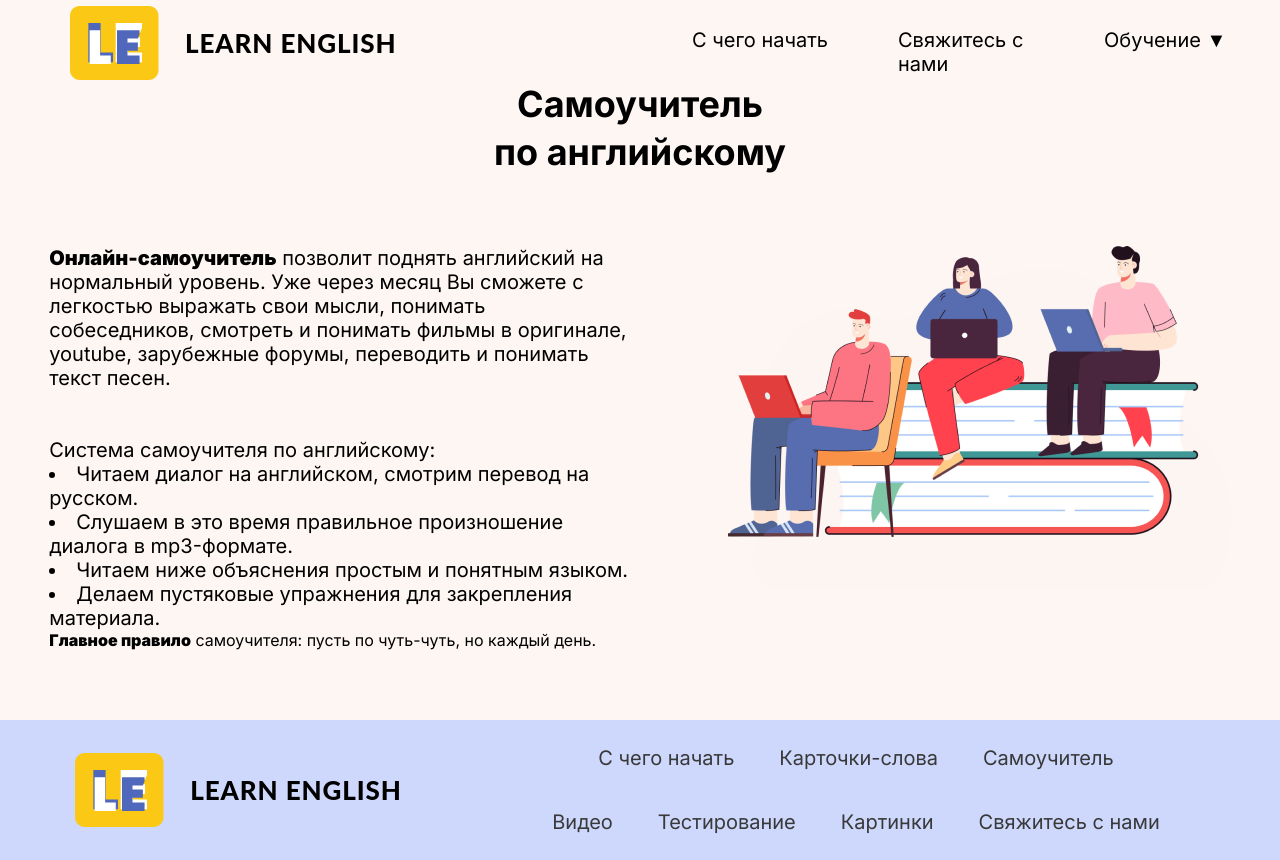
Repository: WladimirVA/Diplom
Page: scool/lesson.html
An editor plug-in stored every save of this project. The page is shown before and after the next save, followed by the edit.
The browser window is 1280 px wide. The pictures show the whole page.

Above is the page before, as saved 2023-07-19 16:18:58.

### scool/lesson.html
<!DOCTYPE html>
<html lang="en">
<head>
    <meta charset="UTF-8">
    <meta name="viewport" content="width=device-width, initial-scale=1.0">
    <link href="./css/index.css" rel="stylesheet" type="text/css">
    <link href="./css/fonts.css" rel="stylesheet" type="text/css">
    <link rel="stylesheet" href="./css/lesson.css" type="text/css">
    <link rel="icon" sizes="16x16" href="./img/Vector.svg" type="image/x-icon">
    <title>Learn english</title>
</head>
<body>
    <header class="header" di="HOME">
        <div class="section">
            <div class="section-header">
                <div class="logo">
                    <img src="./img/Vector.svg">
                    <p>Learn english</p>
                </div>
                <div>

                    <ul class="ddropdownn">
                        <li class="ddropdownn-top">
                        <a class="ddropdownn-top" href="#">С чего начать</a>
                        </li>
                        <li class="ddropdownn-top">
                            <a class="ddropdownn-top" href="mailto:dyadichenko_va@mail.ru">Свяжитесь с нами</a>
                        </li>
                        <li class="ddropdownn-top">
                        <a class="ddropdownn-top" href="#">Обучение &#9660;</a>
                            <ul class="ddropdownn-inside">
                                <li><a href="/">Карточки-слова</a></li>
                                <li><a href="/">Самоучитель</a></li>
                                <li><a href="/">Видео</a></li>
                                <li><a href="/">Тестирование</a></li>
                                <li><a href="/">Картинки</a></li>
                            </ul>
                        </li>

                    </ul>
                </div>
            </div>
        </div>
    </header>
    <main>
        <section class="TUTORIAL">
            <div class="section">
                <h1 class="tutorial-h1">Самоучитель <br>по английскому</h1>
                <div class="content-tutorial">
                    <div class="tutorial-inf">
                        <p><span  style="font-weight:900"> Онлайн-самоучитель</span> позволит поднять английский на нормальный уровень. Уже через месяц Вы сможете с легкостью выражать свои мысли, понимать собеседников, смотреть и понимать фильмы в оригинале, youtube, зарубежные форумы, переводить и понимать текст песен. <br><br><br>
                            Система самоучителя по английскому:
                            <li>Читаем диалог на английском, смотрим перевод на русском.</li>
                            <li>Слушаем в это время правильное произношение диалога в mp3-формате.</li>
                            <li>Читаем ниже объяснения простым и понятным языком.</li>
                            <li>Делаем пустяковые упражнения для закрепления материала.</li>
                            <span  style="font-weight:900"> Главное правило</span> самоучителя: пусть по чуть-чуть, но каждый день.
                        </p>
                    </div>
                    <div class="tutorial-img">
                        <img src="./img/Group 78 1 (1).png" alt="foto">
                    </div>
                </div>
            </div>
        </section>
    </main>
    <footer class="FOOTER">
        <div class="section">
            <div class="section-footer">
                <div class="logo">
                    <img src="./img/Vector.svg">
                    <p>Learn english</p>
                </div>
                <div class="ddropdownn-footer">
                    <div class="ddropdownn-menu">
                        <ul class="ddropdownn1">
                            <li><a href="#">С чего начать</a></li>
                            <!-- <li><a href="#">Обучение</a></li> -->
                            <li><a href="#">Карточки-слова</a></li>
                            <li><a href="#">Самоучитель</a></li>
                        </ul>
                    </div>
                    <div class="ddropdownn-menu">
                        <ul class="ddropdownn2">
                            <li><a href="#">Видео</a></li>
                            <li><a href="#">Тестирование</a></li>
                            <li><a href="#">Картинки</a></li>
                            <li><a class="link" href="mailto:dyadichenko_va@mail.ru">Свяжитесь с нами</a></li>
                        </ul>
                    </div>
                </div>
            </div>
        </div>
    </footer>
</body>
</html>

### scool/css/index.css
body {
    scroll-behavior: smooth;
    align-items: center;
    width: 100%;
    max-width: 1366px;
    margin: auto;
    font-family: 'Inter', 'Work Sans', "NunitoSans-Light", Arial, Helvetica, sans-serif;
}
* {
    margin: 0;
    padding: 0;
}

.logo {
    display: flex;
    align-items: center;
}

.logo p {
    font-family: Lato;
    font-size: 26px;
    font-weight: 800;
    line-height: 48px;
    letter-spacing: 0.035em;
    text-align: left;
    text-transform: uppercase;
    padding-left: 1em;
}

/* Стили выпадающего списка */
ul.ddropdownn li {/* Считаем координаты относительно исходного места. */
    position: relative; }
ul.ddropdownn, ul.ddropdownn-inside {
    /* Отступы на нуле. */
    padding: 0;
    /* Маркеры уберем. */
    list-style-type: none;
    }
ul.ddropdownn-inside {
    /* Спрячем дочерние элементы выпадающего списка. */
    left: -9999px;
    position: absolute;
    }
ul.ddropdownn li.ddropdownn-top {
    /* Небольшой отступ. */
    margin: 20px 1px 0 0;
    /* Выравнивание по левой стороне. */
    float: left;
    display: inline;
    }
ul.ddropdownn li.ddropdownn-top a {
    /* Делаю элементы блочными. */
    display: block;
    /* Снова отступы. */
    padding: 3px 30px 4px;
    text-decoration: none;
    color: black;
    font-family: Inter;
    width: 145px;
    }
ul.ddropdownn a.ddropdownn-top {/* Цвет фона. */ background: #FEF6F3; } */
ul.ddropdownn a.ddropdownn-top:hover {/* Отступы. */ padding: 13px 20px 4px; }
ul.ddropdownn li.ddropdownn-top:hover .ddropdownn-inside {
    left: 0;
    /* Делаю элементы блочными. */
    display: block;
    }
ul.ddropdownn .ddropdownn-inside {/* Цвет фона. */ background: #FEF6F3; }
ul.ddropdownn .ddropdownn-inside a:hover {/* Цвет фона изменится при наведении. */
    background: #FEF6F3; }


@media screen and (max-width: 745px) {
    .header-nav {
        display: block;
        padding-top: 0px;
    }
}


.section-header {
    display: flex;
    justify-content: space-between;
    background-color: #FEF6F3;
    padding: 5px 0px 0 70px;

}

.BEGINNES {
    background: #FEF6F3;
}

.content-beginners {
    display: flex;
    justify-content: space-between;
}

.beginners-inf {
    padding: 50px 0 0 70px;
}

.beginners-inf h1 {
    font-family: Inter;
    font-size: 44px;
    font-weight: 700;
    line-height: 48px;
    letter-spacing: -0.08em;
    text-align: left;
    text-transform: uppercase;
    font-family: Inter;
    font-size: 45px;
    font-weight: 700;
    line-height: 48px;
    letter-spacing: 0.035em;
    text-align: left;
}

.beginners-img img {
    width: 100%;
    height: auto;
}

.beginners-inf p {
    margin-top: 50px;
}

.content-beginners {
    font-family: Inter;
    font-size: 22px;
    font-weight: 700;
    line-height: 24px;
    letter-spacing: 0em;
    text-align: left;

    font-family: Inter;
    font-size: 22px;
    font-weight: 500;
    line-height: 24px;
    letter-spacing: 0em;
    text-align: left;

    font-family: Inter;
    font-size: 20px;
    font-weight: 500;
    line-height: 24px;
    letter-spacing: 0em;
    text-align: left;
}

.home_ul {
    list-style-type: none;
    padding: 20px 0 20px 0;
}

.check {
    margin-left: 15px;
}

.button_home {
    font-family: Inter;
    font-size: 20px;
    font-weight: 700;
    line-height: 24px;
    letter-spacing: 0em;
    text-align: center;
    background:#FBC815;
    border-style: none;
    border-radius: 25px;
    width: 257px;
    height: 56px;
}

.LEARNING {
    background: #FDE4D3;
}

.learning {
    display: flex;
    justify-content: space-evenly;
}

.img-learning img {
    width: 100%;
    height: auto;
}

.content-learning h1 {
    text-align: center;
    text-transform: uppercase;
    font-family: Inter;
    font-size: 36px;
    font-weight: 700;
    line-height: 48px;
    letter-spacing: 0em;
    text-align: center;
    padding-top: 65px;

}

.popular {
    margin-left: 20px;
}

.learning-text {
    max-width: 550px;
    margin-top: 50px;
}

.learning-text p {
    font-family: Inter;
    font-size: 20px;
    font-weight: 500;
    line-height: 24px;
    letter-spacing: 0em;
    text-align: left;
}

.learning-text-img {
    margin-top: 60px;
}

.learning-text-img p {
    margin: -38px 0 0 20px;
}

.INFORMATION {
    background: #4F68BB;
    height: 1275px;
}

.information-text {
    text-align: center;
    color: #FFFFFF;
    /* max-width: 932px; */
}


.content-information h1 {
    font-family: Inter;
    font-size: 36px;
    font-weight: 700;
    line-height: 48px;
    letter-spacing: 0em;
    text-align: center;
    text-transform: uppercase;
    padding: 60px 0 50px 0;
}

.content-information p {
    font-family: Inter;
    font-size: 24px;
    font-weight: 700;
    line-height: 32px;
    letter-spacing: 0em;
    text-align: center;
}


.information1 {
    color: #FFFFFF;
    height: 400px;
    text-align: center;
    display: flex;
    justify-content: space-around;
    margin: 60px 0 0 0;
}

.information1 p {
    max-width: 270px;
}

.information1 h3 {
    padding: 65px 0 50px 0;
}

.information2 {
    color: #FFFFFF;
    height: 400px;
    text-align: center;
    margin: 60px 0 0 0;
    display: flex;
    justify-content: space-evenly;
}

.information2 p {
    max-width: 270px;
}
.information2 h3 {
    padding: 65px 0 50px 0;
}

.buttton-inf1 {
    margin-top: 39px;
}
.buttton-inf2 {
    margin-top: 95px;
}
.buttton-inf3 {
    margin-top: 55px;
}
.buttton-inf4 {
    padding-top: 63px;
}
.buttton-inf5 {
    padding-top: 25px;
}

.TRANING {
    background:rgba(251, 205, 166, 1);
    height: 345px;
}

.training {
    display: flex;
    align-items: center;
    justify-content: space-evenly;
}

.training-inf {
    display: block;
    text-align: center;
}

.training-inf p {
    font-family: Inter;
    font-size: 36px;
    font-weight: 700;
    line-height: 48px;
    letter-spacing: 0em;
    text-align: center;
}

.buttton-training1 {
    padding-top: 45px;
}

.buttton-training {
    color: #FFFFFF;
    font-family: Inter;
    font-size: 20px;
    font-weight: 700;
    line-height: 24px;
    letter-spacing: 0em;
    text-align: center;
   background: rgba(240, 63, 90, 1);
}

.training-img {
    margin-top: -60px;
}

.FOOTER {
    background:rgba(205, 216, 252, 1);
    height: 140px;
    align-items: center;
    display: grid;
    justify-items: stretch;
}

.section-footer {
    display: flex;
    justify-content: space-around
}

.ddropdownn-footer {
    display: flex;
    flex-direction: column;
    align-items: center;
}

.ddropdownn-menu {
    display: flex;
}

.ddropdownn1, .ddropdownn2 {
    display: flex;
    font-family: Inter;
    font-size: 20px;
    font-weight: 400;
    line-height: 16px;
    letter-spacing: 0em;
    text-align: left;
    list-style-type:none;

}

.ddropdownn2 {
    margin: 40px 0 0 0;
}

.ddropdownn-footer li{
    padding: 0 45px 0 0;
}

.ddropdownn-footer a {
    text-decoration: none;
    color: rgba(57, 57, 57, 1);
    ;
}

### scool/css/fonts.css
/* @import url('https://fonts.googleapis.com/css2?family=Work+Sans:ital,wght@0,600;0,800;1,800&display=swap'); */


/* @import url('https://fonts.googleapis.com/css2?family=Inter:wght@400;500;600;700;800&family=Work+Sans:ital,wght@0,600;0,800;1,800&display=swap'); */


@import url('https://fonts.googleapis.com/css2?family=Inter:wght@100;200;300;400;500;600;700;800;900&display=swap');

@import url('https://fonts.googleapis.com/css2?family=Inter:wght@100;200;300;400;500;600;700;800;900&family=Work+Sans:ital,wght@0,100;0,200;0,300;0,400;0,500;0,600;0,700;0,800;0,900;1,100;1,200;1,300;1,400;1,500;1,600;1,700;1,800;1,900&display=swap');

### scool/css/lesson.css
.TUTORIAL {
    background: rgba(254, 246, 243, 1);
}

.content-tutorial {
    display: flex;
    justify-content: space-around;
    padding: 70px 0 70px 0;
}

.tutorial-h1 {
    text-align: center;
    font-family: Inter;
    font-size: 36px;
    font-weight: 700;
    line-height: 48px;
    letter-spacing: 0em;
    text-align: center;
}

.tutorial-inf {
    max-width: 580px;
}

.tutorial-inf p, li {
    font-family: Inter;
    font-size: 20px;
    font-weight: 600;
    line-height: 24px;
    letter-spacing: 0em;
    text-align: left;
    font-family: Inter;
    font-size: 20px;
    font-weight: 400;
    line-height: 24px;
    letter-spacing: 0em;
    text-align: left;
    color: rgba(0, 0, 0, 1);
}

After the next save:
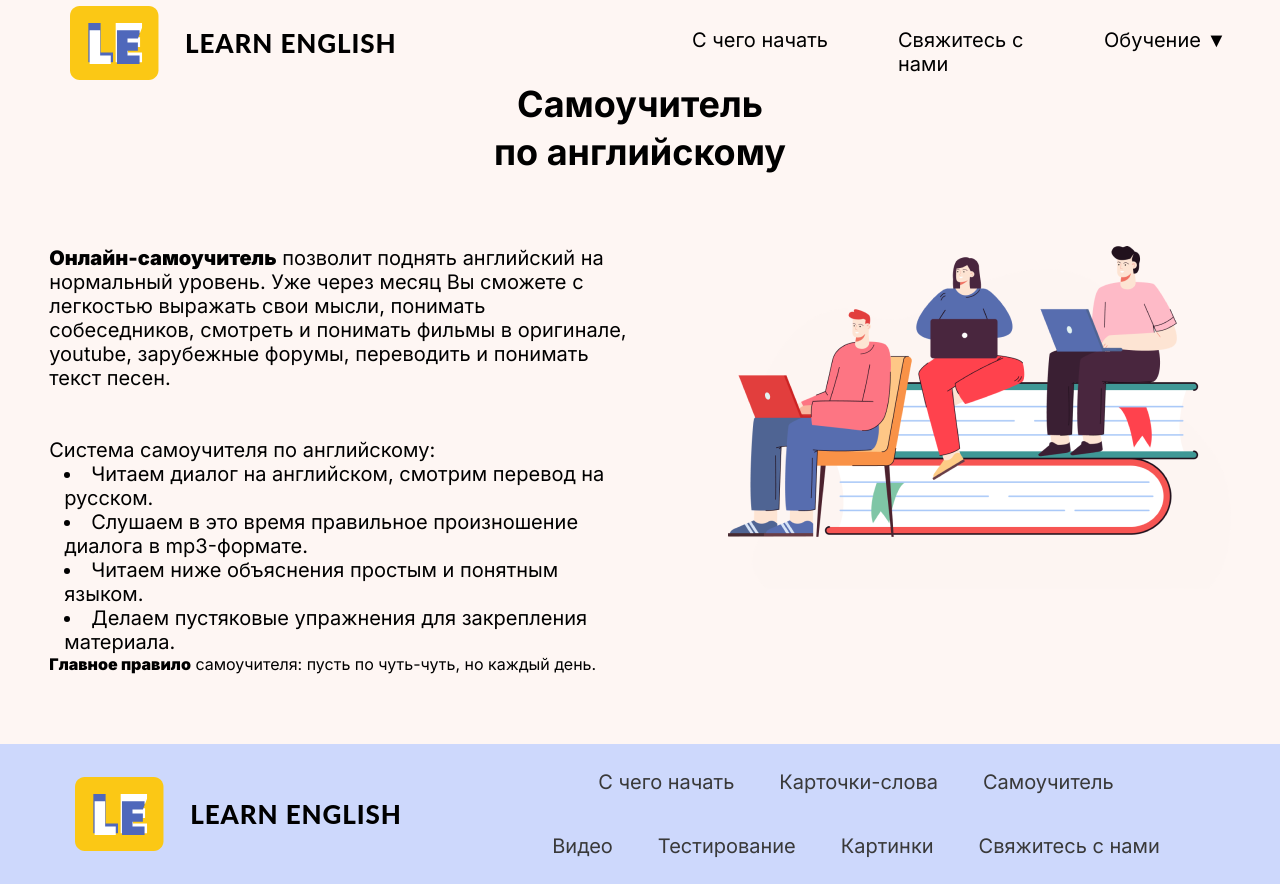
Saved 51 s later.
--- a/scool/css/lesson.css
+++ b/scool/css/lesson.css
@@ -37,3 +37,7 @@
     text-align: left;
     color: rgba(0, 0, 0, 1);
 }
+
+.tutorial-inf li {
+    margin-left: 15px;
+}
